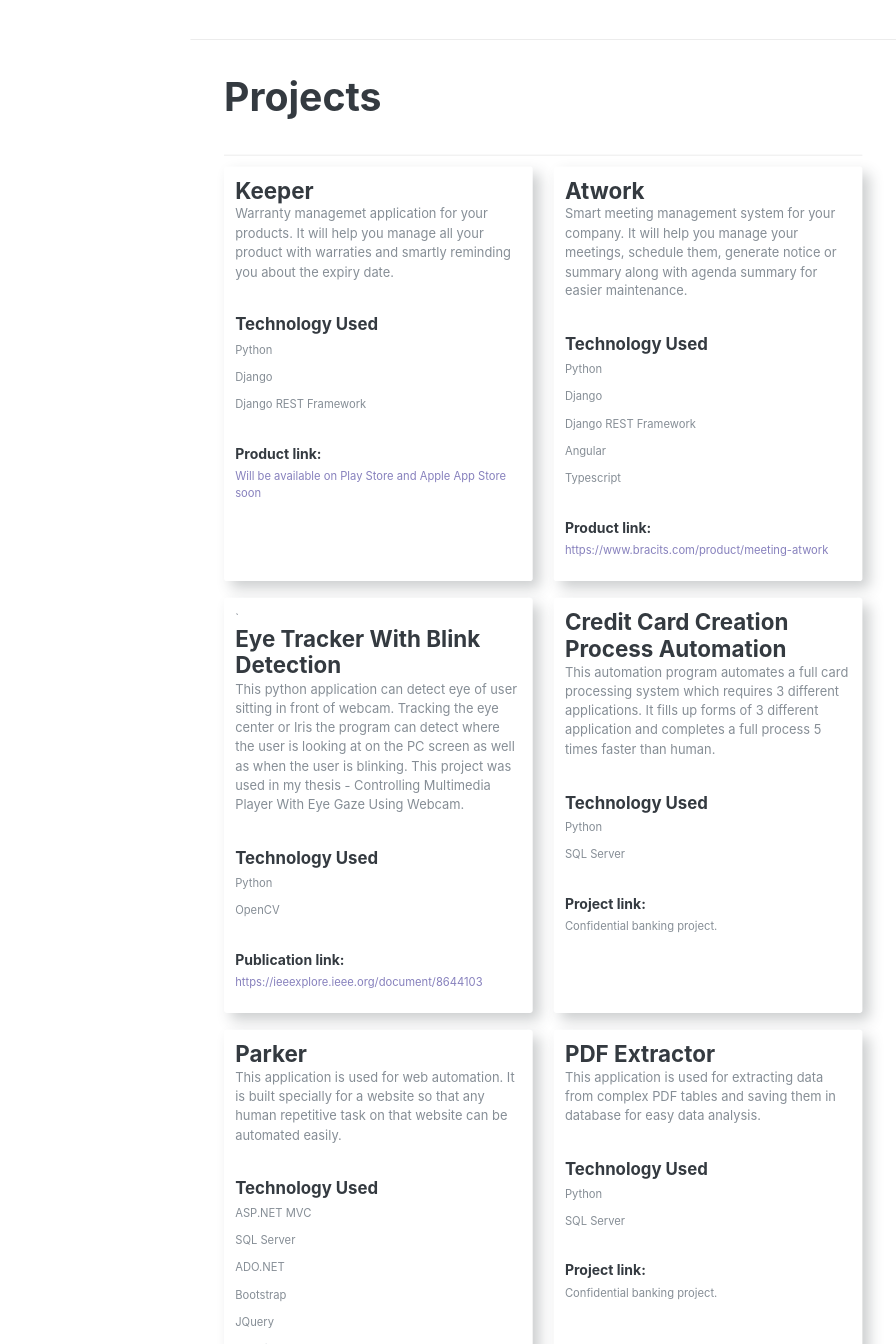
Repository: xahin96/xahin96.github.io
Page: index.html
The author's editor kept a copy of each file at every save. The page is drawn from the files as they stood at one save, then again after the next save.
The browser window is 1280 px wide. The pictures show the part of the page from y = 3360 to 5280 px (the page is 5491 px tall), at 70% of full size.
Some web fonts or font styles are not loaded; a fallback is used.

Above is the page before, as saved 2024-04-27 12:46:10.

After the next save:
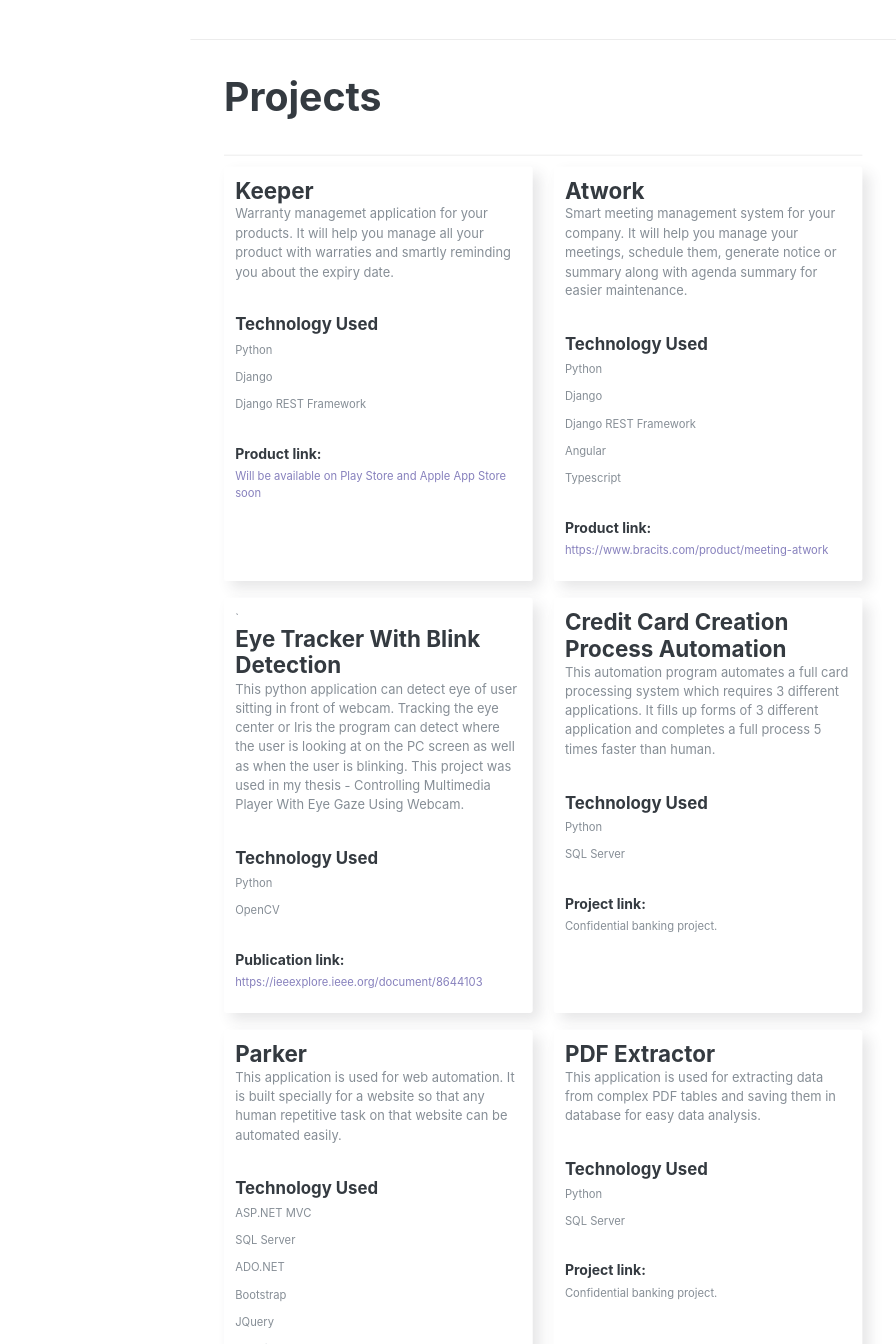
Saved 14 s later.
--- a/css/resume.css
+++ b/css/resume.css
@@ -215,6 +215,6 @@ a:hover, a:focus, a:active {
 .project .card{
   height: 100%;
   border: none;
-  box-shadow: 10px 10px 20px #343a4040;
+  box-shadow: 10px 10px 20px #343a4020;
   /* background: red; */
 }
